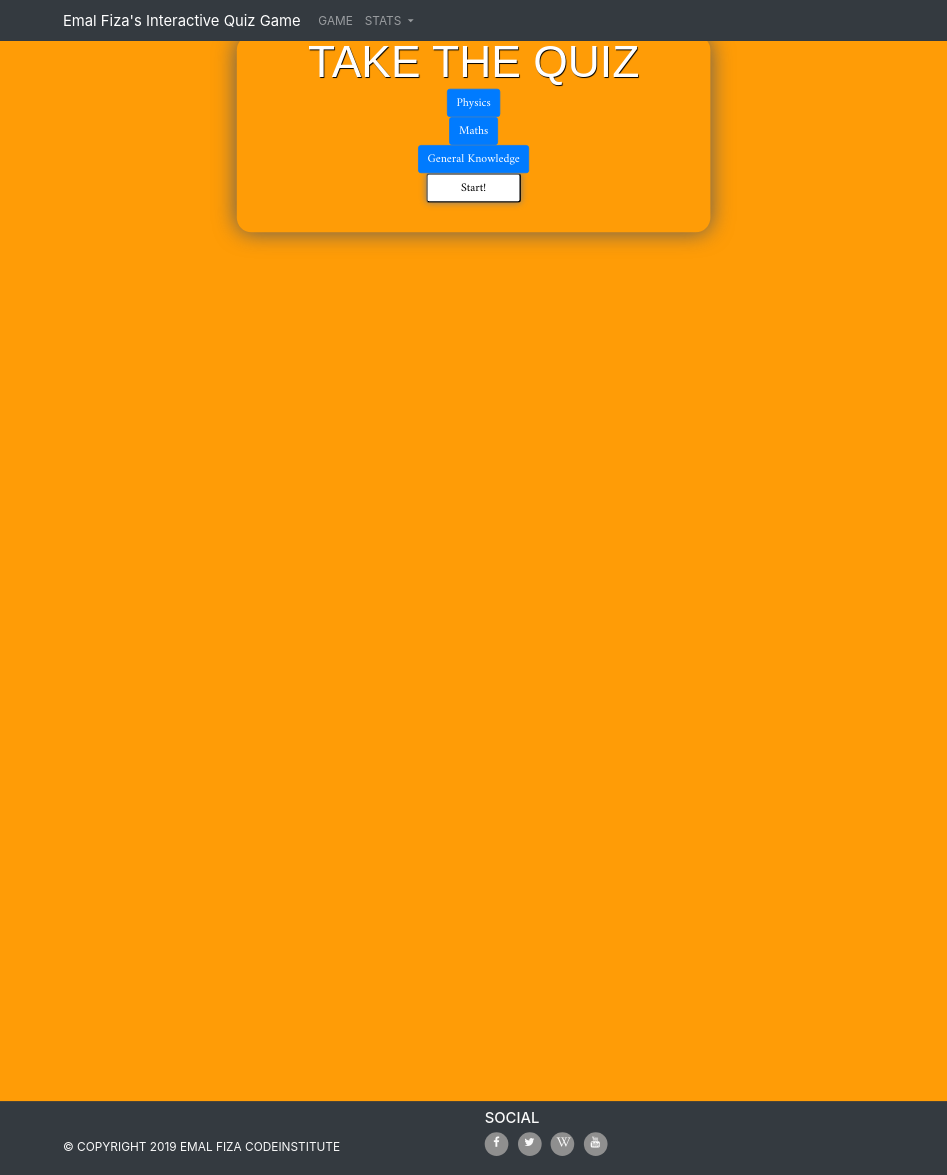
Repository: emalfiza/interactive-quiz-game
Page: index.html
The author's editor kept a record of every edit. The page is drawn from the files as they stood at one moment, then again after the next edit.
The browser window is 1280 px wide. The pictures show the whole page, at 74% of full size.
Some web fonts or font styles are not loaded; a fallback is used. Some web libraries are served in a nearby version.

Above is the page before.
Console error: TypeError: $(...).scrollspy is not a function

### index.html
<!DOCTYPE html>
<html lang="en">

<head>
    <meta charset="UTF-8">
    <meta name="viewport" content="width=device-width, initial-scale=1.0">
    <meta http-equiv="X-UA-Compatible" content="ie=edge">
    <!-- font awesome library -->
    <link rel="stylesheet" href="https://stackpath.bootstrapcdn.com/font-awesome/4.7.0/css/font-awesome.min.css" type="text/css">
    <!-- Bootstrap CDN -->
    <link rel="stylesheet" href="https://stackpath.bootstrapcdn.com/bootstrap/4.3.1/css/bootstrap.min.css" integrity="sha384-ggOyR0iXCbMQv3Xipma34MD+dH/1fQ784/j6cY/iJTQUOhcWr7x9JvoRxT2MZw1T" crossorigin="anonymous">
    <!-- local style sheet link to my css file comes after to make sure it render over bootstrap style -->
    <link rel="stylesheet" href="assets/css/style.css" type="text/css" />
    <title>Ineractive Quiz Game</title>
</head>

<body>
    <!-- Bootstrap navbar to hold the nav bar for the page -->
    <header>
        <nav id="mainNav" class="navbar navbar-expand-md bg-dark navbar-dark fixed-top">
            <div class="container">
                <a class="navbar-brand" href="#">Emal Fiza's Interactive Quiz Game</a>

                <!-- Toggler/collapsibe Button -->
                <button class="navbar-toggler" type="button" data-toggle="collapse" data-target="#collapsibleNavbar">
		        <span class="navbar-toggler-icon"></span>
		        </button>

                <!-- Navbar links -->
                <div class="collapse navbar-collapse" id="collapsibleNavbar">
                    <ul class="navbar-nav">
                        <li class="nav-item">
                            <a class="nav-link" href="game">GAME</a>
                        </li>
                        <li class="nav-item dropdown">
                            <a class="nav-link dropdown-toggle" data-toggle="dropdown" href="#">STATS
							<span class="caret"></span></a>
                            <ul class="dropdown-menu">
                                <li><a class="dropdown-item" href="#">Score</a></li>
                                <li><a class="dropdown-item" href="#">Correct Answers</a></li>
                            </ul>
                        </li>
                    </ul>
                </div>
            </div>
        </nav>
    </header>

    <!-- Main Bootstrap class padding 5 to hold the main content of the game -->
    <main class="pt-5">

        <!-- section to hold content for quiz game -->
        <section id="game" class="min-vw-100 min-vh-100">
            <!-- Bootsttrap predefined button class from the bootstarp ducomentation -->
            <div id="fullQuiz">
                <div>
                    <h1 id="heading1">TAKE THE QUIZ</h1>
                </div>
                <button id="physics" type="button" class="btn btn-primary">Physics</button>
                <button id="maths" type="button" class="btn btn-primary">Maths</button>
                <button id="general" type="button" class="btn btn-primary">General Knowledge</button>
                <button id="startButton" type="button">Start!</button>
            </div>
            <div id="quizDiv">
            </div>
        </section>

        <!-- section to hold content for stats of the game -->
        <section id="stats" class="min-vw-100 min-vh-100">

        </section>
    </main>

    <!--Footer html codes copy pasted from my Stream One Project: User-Centric Frontend Development - project-kabul Code Institute-->
    <footer class="container-fluid footer">
        <div class="container">
            <div class="row">
                <div class="col-sm-6">
                    <p class="uppercase general-sub special">&copy; Copyright 2019 Emal Fiza CodeInstitute</p>
                </div>
                <div class="col-sm-6">
                    <h5 class="uppercase general-sub">Social</h5>
                    <ul class="list-inline social-links">
                        <li class="list-inline-item">
                            <a target="_blank" href="https://www.facebook.com/places/Things-to-do-in-Kabul-Afghanistan/102164239825190/">
              <i class="fa fa-facebook" aria-hidden="true"></i>
              <span class="sr-only">Facebook</span>
            </a>
                        </li>
                        <li class="list-inline-item">
                            <a target="_blank" href="https://twitter.com/kabulnewstv">
              <i class="fa fa-twitter" aria-hidden="true"></i>
              <span class="sr-only">Twitter</span>
            </a>
                        </li>
                        <li class="list-inline-item">
                            <a target="_blank" href="https://en.wikipedia.org/wiki/Kabul">
              <i class="fa fa-wikipedia-w" aria-hidden="true"></i>
              <span class="sr-only">Wikipedia</span>
            </a>
                        </li>
                        <li class="list-inline-item">
                            <a target="_blank" href="https://www.youtube.com/watch?v=JuWQ4T8p5m0">
              <i class="fa fa-youtube" aria-hidden="true"></i>
              <span class="sr-only">YouTube</span>
            </a>
                        </li>
                    </ul>
                </div>
            </div>
        </div>

    </footer>

    <!-- Adding bootstrap javascript files and Jquery files -->
    <script src="https://code.jquery.com/jquery-3.4.1.min.js" integrity="sha256-CSXorXvZcTkaix6Yvo6HppcZGetbYMGWSFlBw8HfCJo=" crossorigin="anonymous">
    </script>
    <script src="https://cdnjs.cloudflare.com/ajax/libs/popper.js/1.14.7/umd/popper.min.js" integrity="sha384-UO2eT0CpHqdSJQ6hJty5KVphtPhzWj9WO1clHTMGa3JDZwrnQq4sF86dIHNDz0W1" crossorigin="anonymous">
    </script>
    <script src="https://stackpath.bootstrapcdn.com/bootstrap/4.3.1/js/bootstrap.min.js" integrity="sha384-JjSmVgyd0p3pXB1rRibZUAYoIIy6OrQ6VrjIEaFf/nJGzIxFDsf4x0xIM+B07jRM" crossorigin="anonymous">
    </script>
    <script src="https://code.jquery.com/jquery-3.1.0.js" integrity="sha256-slogkvB1K3VOkzAI8QITxV3VzpOnkeNVsKvtkYLMjfk=" crossorigin="anonymous">
    </script>
    <!-- Local JavaScript files links -->
    <script type="text/javascript" src="assets/js/main.js">
    </script>
    <script type="text/javascript" src="assets/js/questions.js">
    </script>
</body>

</html>

### assets/css/style.css
/*
▓█████  ███▄ ▄███▓ ▄▄▄       ██▓         █████▒██▓▒███████▒ ▄▄▄
▓█   ▀ ▓██▒▀█▀ ██▒▒████▄    ▓██▒       ▓██   ▒▓██▒▒ ▒ ▒ ▄▀░▒████▄
▒███   ▓██    ▓██░▒██  ▀█▄  ▒██░       ▒████ ░▒██▒░ ▒ ▄▀▒░ ▒██  ▀█▄
▒▓█  ▄ ▒██    ▒██ ░██▄▄▄▄██ ▒██░       ░▓█▒  ░░██░  ▄▀▒   ░░██▄▄▄▄██
░▒████▒▒██▒   ░██▒ ▓█   ▓██▒░██████▒   ░▒█░   ░██░▒███████▒ ▓█   ▓██▒
░░ ▒░ ░░ ▒░   ░  ░ ▒▒   ▓▒█░░ ▒░▓  ░    ▒ ░   ░▓  ░▒▒ ▓░▒░▒ ▒▒   ▓▒█░
 ░ ░  ░░  ░      ░  ▒   ▒▒ ░░ ░ ▒  ░    ░      ▒ ░░░▒ ▒ ░ ▒  ▒   ▒▒ ░
   ░   ░      ░     ░   ▒     ░ ░       ░ ░    ▒ ░░ ░ ░ ░ ░  ░   ▒
   ░  ░       ░         ░  ░    ░  ░           ░    ░ ░          ░  ░
                                                  ░


google font Amiri and Tomorrow imported from the google font the entire project*/
@import url('https://fonts.googleapis.com/css?family=Amiri:100,200,300,400,500,600,700|Tomorrow:100,200,300,400,500,600,700&display=swap');

/* Animation colour change css code copied from CodePen and slightly changed by myself */

body {
    animation: colorchange 45s infinite;
    /* animation-name followed by duration in seconds*/
    /* you could also use milliseconds (ms) or something like 2.5s */
    -webkit-animation: colorchange 45s infinite;
    /* Chrome and Safari */
}

@keyframes colorchange {
    0% {
        background: #ff0000;
    }
    25% {
        background: #ffc107;
    }
    50% {
        background: #0000ff;
    }
    75% {
        background: #008000;
    }
    100% {
        background: #ff0000;
    }
}

@-webkit-keyframes colorchange
/* Safari and Chrome - necessary duplicate */

    {
    0% {
        background: #ff0000;
    }
    25% {
        background: #ffc107;
    }
    50% {
        background: #0000ff;
    }
    75% {
        background: #008000;
    }
    100% {
        background: #ff0000;
    }
}

html,
body {
    margin: 0;
    padding: 0;
    overflow-x: hidden;
    /* to have smooth scroll effect */
    scroll-behavior: smooth;
}

/* Nav bar of the page */

/* to have the color changed when the scroltop() is greater than the height - main.js changes the color */

.scrolled {
    box-shadow: 0 .5rem 1rem grey;
    background-color: #ca2a67 !important;
    transition: background-color 400ms linear;
}

/* to toggle the color back with a smooth transition */

.fixed-top {
    transition: background-color 400ms linear;
}

.active {
    font-family: 'Amiri', sans-serif;
    font-weight: 700;
    color: white;
    transition: color 300ms linear, font-weight 300ms linear;
}

/* main content of the game page */
#center {
    position: absolute;
    width: 50%;
    height: 25%;
    top: 50%;
    left: 25%;
    margin: auto;
    border-radius: 20px;
}

.btn-primary {
    font-family: 'Amiri', Sans-Serif;
    position: relative;
    margin: auto;
}

/* */

#fullQuiz {
	width: 50%;
	margin: 0 auto;
	border-radius: 20px;
    animation: newColorChange 50s infinite;
	-webkit-animation: newColorChange 50s infinite; /* Chrome and Safari */
}
@keyframes newColorChange {
	0% {border-color: white; box-shadow: 0 0 30px black;}
	50% {border-color: black; box-shadow: 0 0 30px white;}
}

@-webkit-keyframes newColorChange {
	0% {border: 5px solid white; box-shadow: 0 0 30px black;}
	50% {border: 5px solid black; box-shadow: 0 0 30px white;}
}

#fullQuiz {
	display: flex;
	justify-content: center;
	flex-direction: column;
}

#quizDiv {
	margin: 0 auto;
	text-align: center;
}

#quiz {
    text-align: center;
    font-family: 'Tomorrow', sans-serif;
    text-shadow: 1px 1px 1px black;
}

h1{
    margin: 0 auto;
	text-align: center;
	font-family: 'Tomorrow', sans-serif;
	font-size: 60px;
	color: white;
	text-shadow: 1px 1px 1px black;
  }


h2 {
	color: white;
	text-shadow: 1px 1px 1px black;
}

h3{
	color: white;
	text-shadow: 1px 1px 1px black;
}

label {
	color: white;
	text-shadow: 1px 1px 1px black;
}


#questionDiv {
	margin: 0 auto;
	display: inline-block;
	padding-right: 20px;
}

input[type="radio"] {
	padding: 10px 10px;
}

#startButton {
	width: 20%;
	margin: 0 auto;
	height: 40px;
	border-radius: 4px;
	background-color: white;
	font-size: 16px;
	font-family: 'Amiri', sans-serif;
	box-shadow: 0 0 10px gray;
	margin-bottom: 40px;
}

#submitButton {
	margin-top: 40px;
	margin-bottom: 40px;
}

#startButton:focus {
	border-color: red;
}

/* Footer css codes copy pasted from my Stream One Project: User-Centric Frontend Development - project-kabul Code Institute */
footer {
    background-color: #343a40!important;
    color: #fafafa;
    min-height: 100px;
}

.footer {
    position: relative;
    left: 0;
    bottom: 0;
    width: 100%;
}

.uppercase {
    text-transform: uppercase;
}

/* --The font-family for the general-sub I copied from the bootsratp navbar "DevTool" of my home page
because I wanted my footer font family to match my navbar--*/

.general-sub {
    font-family: -apple-system, BlinkMacSystemFont, "Segoe UI", Roboto, "Helvetica Neue",
    Arial, "Noto Sans", sans-serif, "Apple Color Emoji", "Segoe UI Emoji", "Segoe UI Symbol", "Noto Color Emoji";
    margin-top: 10px;
}

.special {
    margin-left: 0px;
    margin-top: 50px;
}

.social-links {
    padding: 0;
}

.social-links li a i {
    position: relative;
    width: 32px;
    height: 32px;
    padding: 8px;
    border-radius: 50%;
    font-size: 15px;
    line-height: 12px;
    text-align: center;
    color: #fafafa;
    background-color: #8f8f8f;
    transition: all 0.40s ease-in-out;
    -moz-transition: all 0.40s ease-in-out;
    -webkit-transition: all 0.40s ease-in-out;
    -o-transition: all 0.40s ease-in-out;
}

.social-links li a i:hover {
    background-color: #252525;
}

### assets/js/main.js
$(function () {
  $(document).scroll(function () {
    var $nav = $(".fixed-top");
    $nav.toggleClass('scrolled', $(this).scrollTop() > $nav.height());
  });

});
/*
Got help from:
https://github.com/BlackrockDigital/startbootstrap-scrolling-nav/blob/master/js/scrolling-nav.js
*/
(function($) {
  "use strict"; // Start of use strict
  // Activate scrollspy to add active class to navbar items on scroll
  $('body').scrollspy({
    target: '#mainNav',
    offset: 56
  });

})(jQuery); // End of use strict


$(document).ready(function() {
    $.getJSON("assets/js/test.json", function(jsonObject) {
        console.log(jsonObject.quizTitle); // this will show the info it in firebug console
        console.log(jsonObject.questions[0].correctAnswer); // this will show the info it in firebug console
    });
});

### assets/js/questions.js
var physicsQuestions = [{
        question: "What is the first name of the famous scientist who gave us Newton’s three laws of motion?",
        choices: ["Albert Einstein", "Galileo Galilei", "Michael Faraday", "Isaac Newton"],
        answer: "Isaac Newton"
    },
    {
        question: "Bolometer is used to measure?",
        choices: ["Temperature", "Frequency", "Velocity", "Wavelength"],
        answer: "Temperature"
    },
    {
        question: "Which one of the following has the highest value of specific heat?",
        choices: ["Alcohol", "Methane", "Water", "Kerosene"],
        answer: "Water"
    },
    {
        question: "Product of Force and Velocity is called:",
        choices: ["Work", "Energy", "Power", "Momentum"],
        answer: "Power"
    },
    {
        question: "A man presses more weight on earth at:",
        choices: ["leaning Position", "Lying Position", "Standing Position", "Sitting position"],
        answer: "Standing Position"
    },
    {
        question: "If electrical conductivity increases with the increase of temperature of a substance, then it is a:",
        choices: ["Conductor", "Semiconductor", "Insulator", "Carborator"],
        answer: "Semiconductor"
    },
    {
        question: "With the increase of pressure, the boiling point of any substance",
        choices: ["Increases", "Becomes zero", "Decreases", "Remains Same"],
        answer: "Increases"
    },
    {
        question: "The rotational effect of a force on a body about an axis of rotation is described in terms of the",
        choices: ["Centre of gravity", "Centrifugal force", "Moment of force", "Centripetal force"],
        answer: "Moment of force"
    },
    {
        question: "What is the unit of Astronomical Distance?",
        choices: ["Weber", "Lux", "Angstrom", "Light year"],
        answer: "Light year"
    },
    {
        question: "What is the scale used for measuring the intensity of the earthquake?",
        choices: ["Richter Scale", "Quake Scale", "Metric Scale", "Epicentre Scale"],
        answer: "Richter Scale"
    }
];

var mathsQuestions = [{
        question: "You are travelling down the motorway at 60 m/s. How long will it take you to cover a distance of 30,000 metres?",
        choices: ["750 seconds", "50 seconds", "500 seconds", "1050 seconds"],
        answer: "500 second"
    },
    {
        question: "Convert you last answer from seconds to minutes. How many minutes does it therefore take you to travel 30,000 metres at 60m/s?",
        choices: ["8.33 mins", "0.833 mins", "12.5 min", "17.5 mins"],
        answer: "8.33 mins"
    },
    {
        question: "Aamina and Emal Fiza are working on a maths project together, and together they are being paid a total of £10,000 in the ratio 6:4 respectively. How much does Emal get paid?",
        choices: ["£5000", "£6000", "£4000", "£3750"],
        answer: "£4000"
    },
    {
        question: "Emal Fiza suffers from the case of a broken nose and the size of his nose increases by 2.5% each month. If his nose measured 4 cm at the beginning of December, what does his nose measure mid-April?",
        choices: ["4.42 cm", "4.31 cm", "4.20 cm", "4.3 cm"],
        answer: "4.42 cm"
    },
    {
        question: "You are travelling in the shape of a right-handed triangle, with sides measuring - hypotenuse 50m and adjacent 43m. what is the length of the opposite side?",
        choices: ["423 m", "754 m", "534 m", "651 m"],
        answer: "651 m"
    },
    {
        question: "How much does the angle between the given adjacent and hypotenuse in the last question measure?",
        choices: ["50 degrees", "90 degrees", "40.7 degrees", "94.55 degrees"],
        answer: "40.7 degrees"
    },
    {
        question: "What is 567,846 rounded to the nearest 10",
        choices: ["567,800", "567,850", "567,840", "570,000"],
        answer: "567,850"
    },
    {
        question: "Emal Fiza and Aamina are playing a quiz. For every 5 questions Aamina scores correctly, Emal scores one correct question. How many questions does Emal get correct if Aamina gets 70 questions correct?",
        choices: ["14", "23", "11", "50"],
        answer: "14"
    },
    {
        question: "If you have a straight line 3y = 6x+5; what is the gradient of the line?",
        choices: ["6", "2", "5", "18"],
        answer: "2"
    },
    {
        question: "What Is the y-intercept of the straight line of equation 3y = 6x+5?",
        choices: ["3", "6", "5", "1.7"],
        answer: "5"
    }
];

var generalQuestions = [{
        question: "Which chess piece is of the lowest theoretical value?",
        choices: ["Knight", "Castle", "Bishop", "Pawn"],
        answer: "Pawn"
    },
    {
        question: "What is the capital of Canada?",
        choices: ["Montreal", "Ottawa", "Toronto", "Vancouver"],
        answer: "Ottawa"
    },
    {
        question: "Who was the first man on the moon?",
        choices: ["Buzz Aldrin", "Yuri Gagarin", "Neil Armstrong", "John Glennr"],
        answer: "Neil Armstrong"
    },
    {
        question: "According to the Bible, what was the name of the town which was the birthplace of Jesus Christ?",
        choices: ["Nazareth", "Bethlehem", "Jerusalem", "Gethsemane"],
        answer: "Bethlehem"
    },
    {
        question: "What number is represented by the letters XIX in Roman numerals?",
        choices: ["19", "16", "11", "21"],
        answer: "19"
    },
    {
        question: "Name the third known major planet from the sun in our solar system.",
        choices: ["Venus", "Jupiter", "Mars", "Earth"],
        answer: "Earth"
    },
    {
        question: "What is the biggest living fish in the ocean?",
        choices: ["white shark", "Whale", "Tuna", "Barracuda"],
        answer: "Whale"
    },
    {
        question: "In which African country is Timbuktu?",
        choices: ["Algeria", "Chad", "Mali", "Nigeria"],
        answer: "Mali"
    },
    {
        question: "Name the traditional and popular wrestling sport of Japan.",
        choices: ["Sumo", "Origami", "Ikebana", "NKendo"],
        answer: "Sumo"
    },
    {
        question: "Name the capital of Australia.",
        choices: ["Melbourne", "Sydney", "Perth", "Canberra"],
        answer: "Canberra"
    }
];

After the next edit:
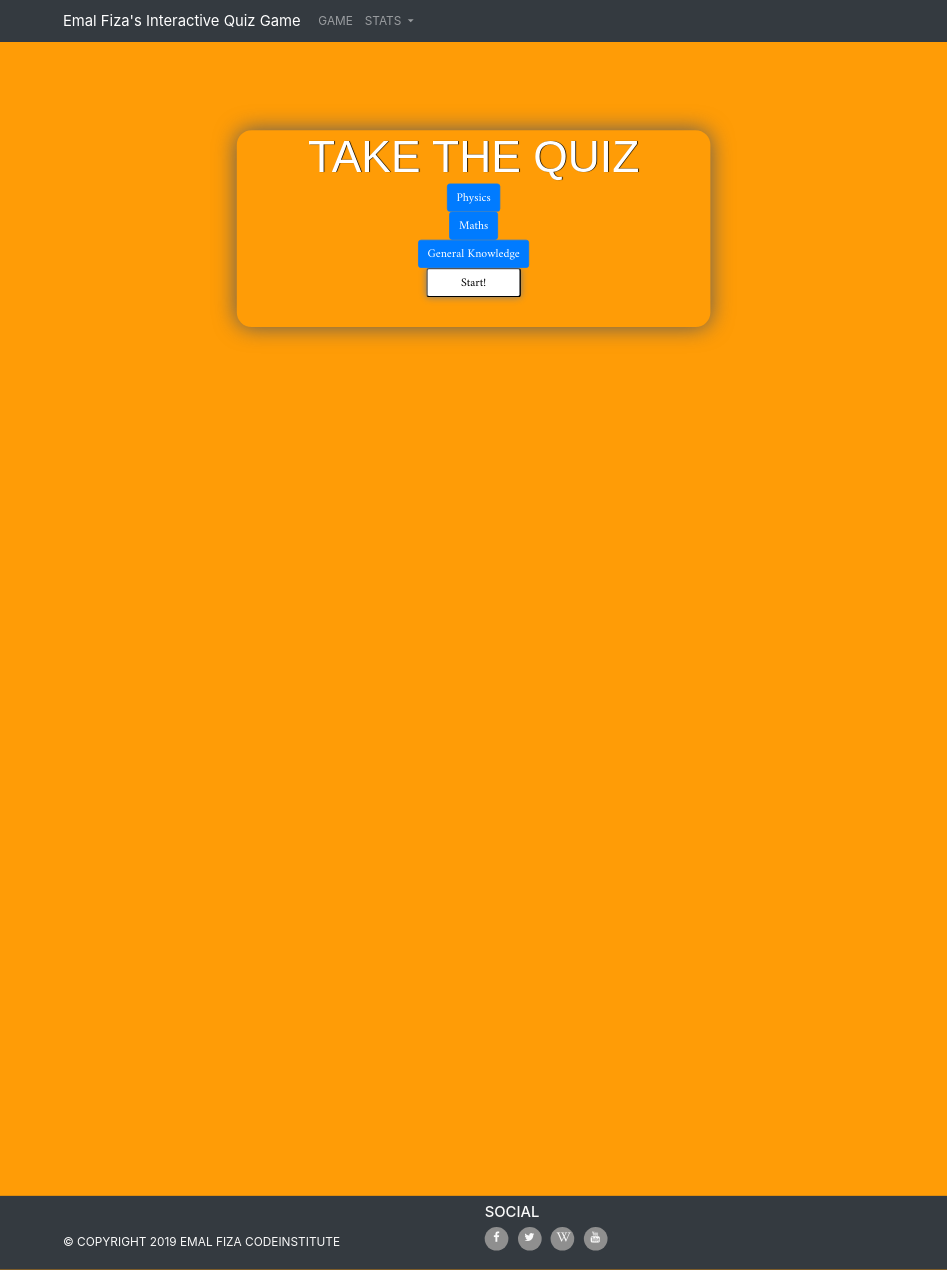
The edit:
--- a/assets/css/style.css
+++ b/assets/css/style.css
@@ -135,6 +135,8 @@
 	display: flex;
 	justify-content: center;
 	flex-direction: column;
+	margin-top: 10%;
+    margin-left: 25%;
 }
 
 #quizDiv {
